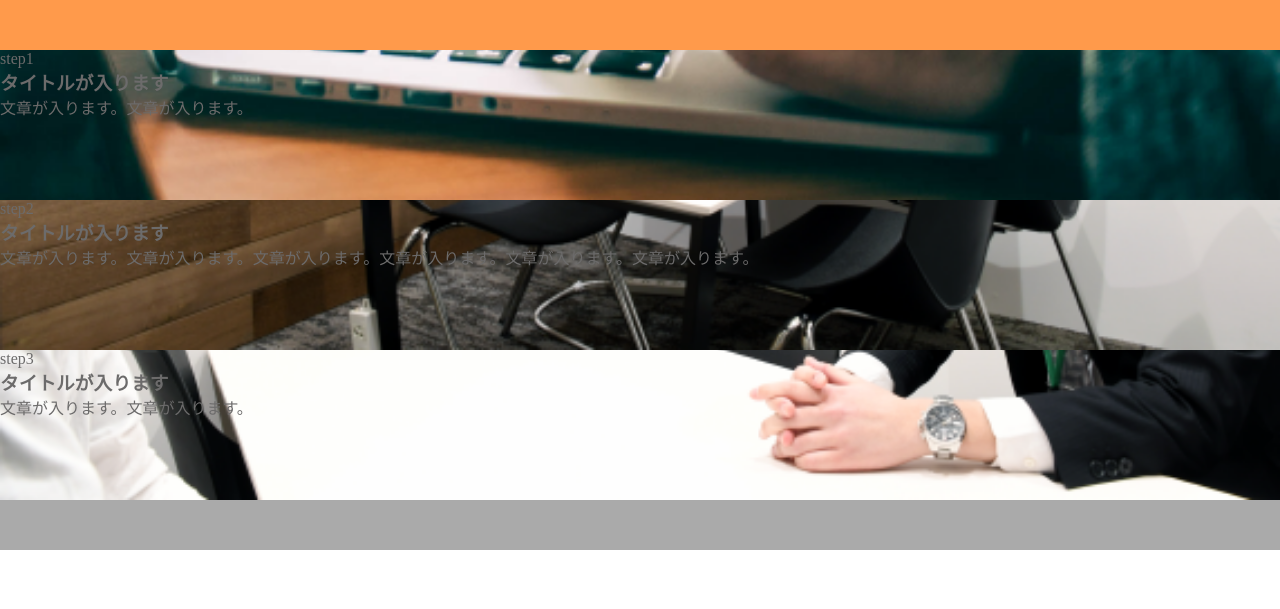
Repository: Yuki-Kawagoe/chapter4
Page: chapter9/index.html
The author's editor kept a record of every edit. The page is drawn from the files as they stood at one moment, then again after the next edit.
The browser window is 1280 px wide. The pictures show the whole page.

Above is the page before.

After the next edit:
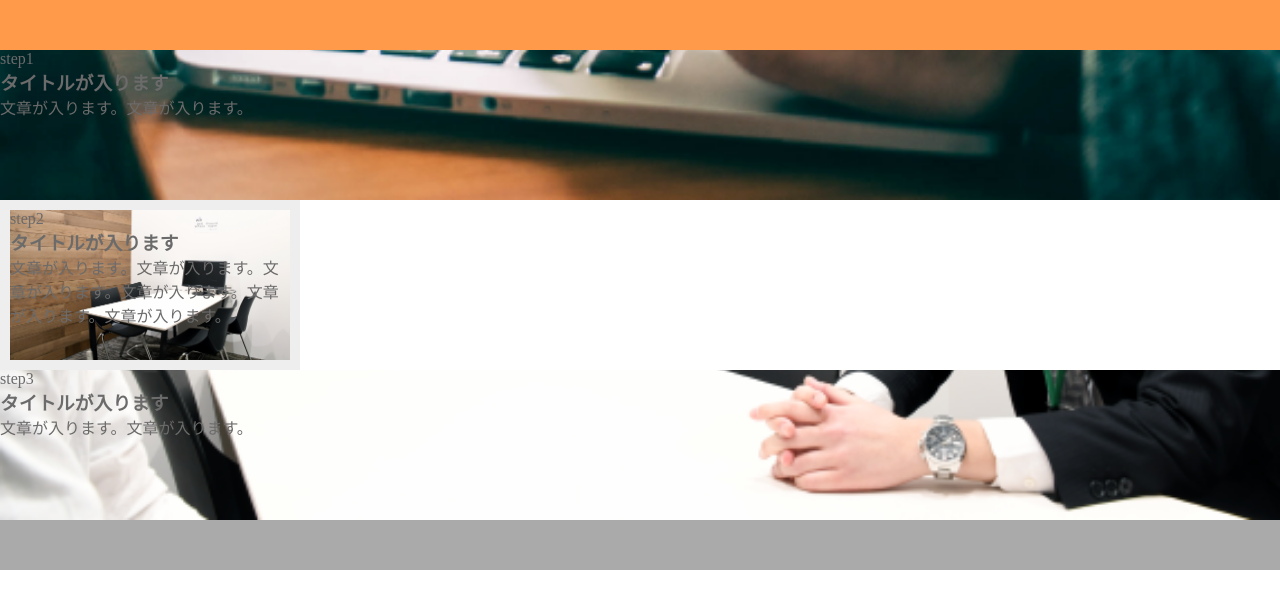
The edit:
--- a/chapter9/index.html
+++ b/chapter9/index.html
@@ -19,7 +19,7 @@
       </div>
     </div>
 
-    <div class="step-box2">
+    <div class="step-box">
       <div class="step-img2">
        <span class="step-num">step2</span>
         <h3 class="box-title">タイトルが入ります</h3>
